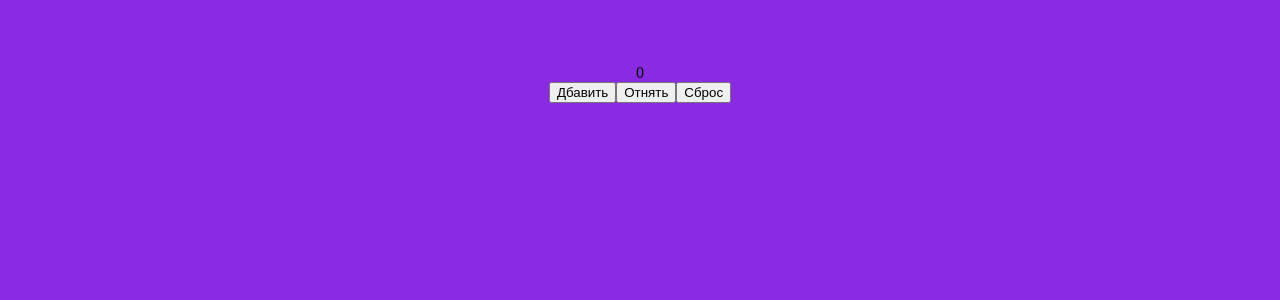
Repository: Denzoll/redux-toolkit-counter
Page: /
An editor plug-in stored every save of this project. The page is shown before and after the next save, followed by the edit.
The browser window is 1280 px wide. The pictures show the whole page.
The project was rebuilt for these pictures with package versions that can differ from the ones it lists, and the page was loaded fresh each time. Also part of the build but not shown: src/index.css.

Above is the page before, as saved 2022-06-27 13:29:16.

### src/index.js
import React from 'react';
import ReactDOM from 'react-dom/client';
import './index.css';
import App from './App';
import { store } from './app/store';
import { Provider } from 'react-redux/es/exports';


const root = ReactDOM.createRoot(document.getElementById('root'));
root.render(

   <Provider store={store}>
    <App />

  </Provider>

);

// If you want to start measuring performance in your app, pass a function
// to log results (for example: reportWebVitals(console.log))
// or send to an analytics endpoint. Learn more: https://bit.ly/CRA-vitals

### src/App.js
import { useSelector, useDispatch } from "react-redux";
import { minus, plus, zero } from "./feauters/counterReducer";
import './App.css'

function App() {
  const num = useSelector((state) => state.counter);
  const dispach = useDispatch();
  const handleInc = () => {
    dispach(plus());
  };
  const handleDel = () => {
    dispach(minus());
  };

  const z = () => {
    dispach(zero());
  };
  return (
    <>
    <div className="cont">
      <div className="count">{num}</div>
      <button onClick={handleInc}> Дбавить </button>
      <button onClick={handleDel}>Отнять</button>
      <button onClick={z}> Сброс </button>
      </div>
    </>
  );
}

export default App;

### src/app/store.js
import { configureStore } from "@reduxjs/toolkit";
import counterReducer from "../feauters/counterReducer";

export const  store = configureStore({
    reducer:counterReducer
})

### src/feauters/counterReducer.js
import { createAction } from "@reduxjs/toolkit/";
import { createReducer } from "@reduxjs/toolkit";

const initialState = {
  counter: 0,
};
export const plus = createAction("plus");
export const minus = createAction("minus");
export const zero = createAction("zero");

const counterReducer = createReducer(initialState, (builder) => {
  builder
    .addCase(plus, (state, action) => {
      state.counter += 1;
    })
    .addCase(minus, (state) => {
      if (state.counter > 0) {
        state.counter -= 1;
      }
    })
    .addCase(zero, (state) => {
      state.counter = 0;
    });
});

export default counterReducer;

### src/App.css
body {
  background-color: blueviolet;
  margin:0 auto;
  width: 65%;
  margin-top: 5%;
}



.cont {
  text-align: center;
}
/*
.count {
  font-size: 100px;
  margin-left: 7%;
} */

Loaded but not shown: public/index.html (common file)

After the next save:
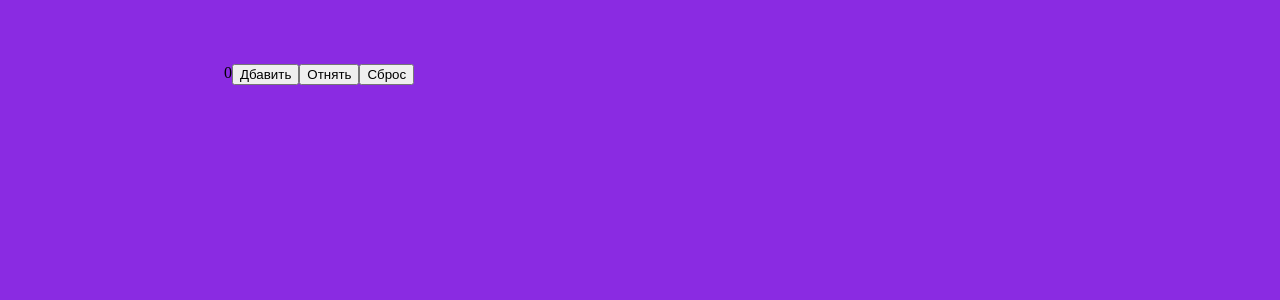
Saved 10 s later.
--- a/src/App.css
+++ b/src/App.css
@@ -8,7 +8,7 @@ body {
 
 
 .cont {
-  text-align: center;
+  display: flex;
 }
 /*
 .count {
